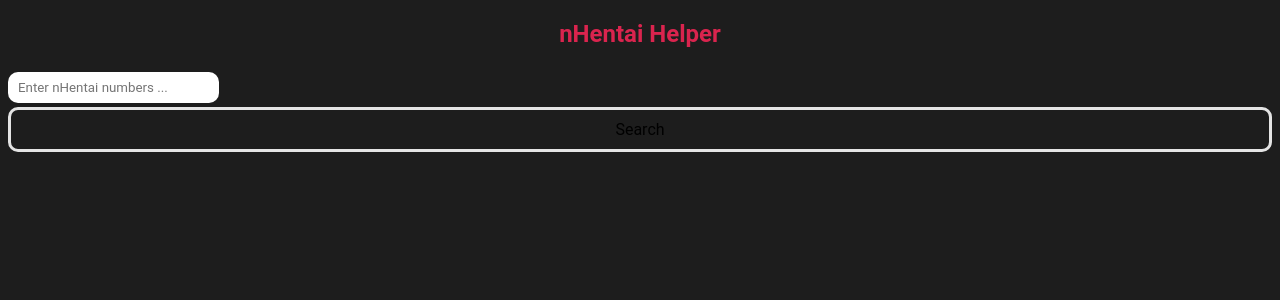
Repository: Lizadking/nHentai_Helper
Page: Mainpop.html
An editor plug-in stored every save of this project. The page is shown before and after the next save, followed by the edit.
The browser window is 1280 px wide. The pictures show the whole page.

Above is the page before, as saved 2021-08-06 23:28:45.

After the next save:
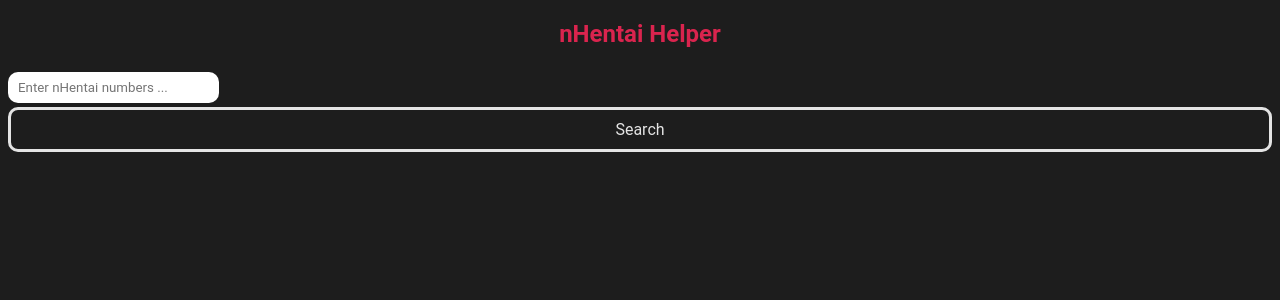
Saved 5 s later.
--- a/mainStylesheet.css
+++ b/mainStylesheet.css
@@ -36,7 +36,7 @@
     font-family: 'Roboto', sans-serif;
     text-align: center;
     font-size: 16px;
-
+    color:rgb(228, 228, 228);
 
 
 }
